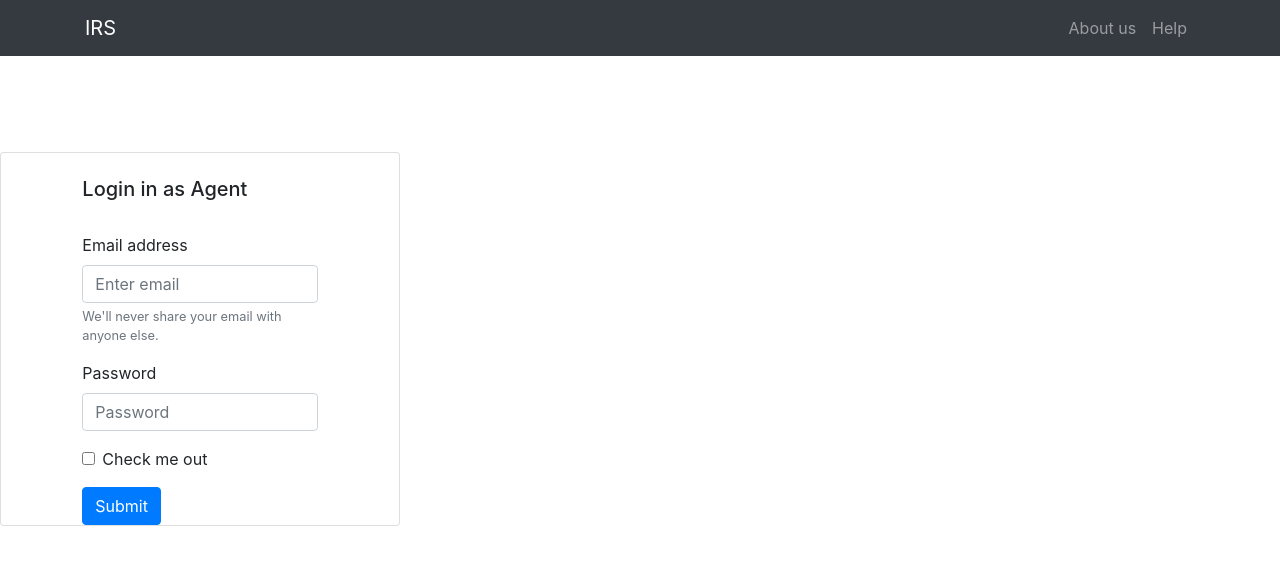
Repository: greeshmavyas/IRS_CS
Page: / (app in AgentManagement/Frontend/)
The author's editor kept a copy of each file at every save. The page is drawn from the files as they stood at one save, then again after the next save.
The browser window is 1280 px wide. The pictures show the whole page.
Some web libraries are served in a nearby version. The project was rebuilt for these pictures with package versions that can differ from the ones it lists, and the page was loaded fresh each time. Also part of the build but not shown: AgentManagement/Frontend/src/components/NavbarDash.js, AgentManagement/Frontend/src/components/Sidebar.js, AgentManagement/Frontend/src/components/Dashboard.js, AgentManagement/Frontend/src/components/Settings.js, AgentManagement/frontend/src/App.css.

Above is the page before, as saved 2020-10-26 16:27:59.

After the next save:
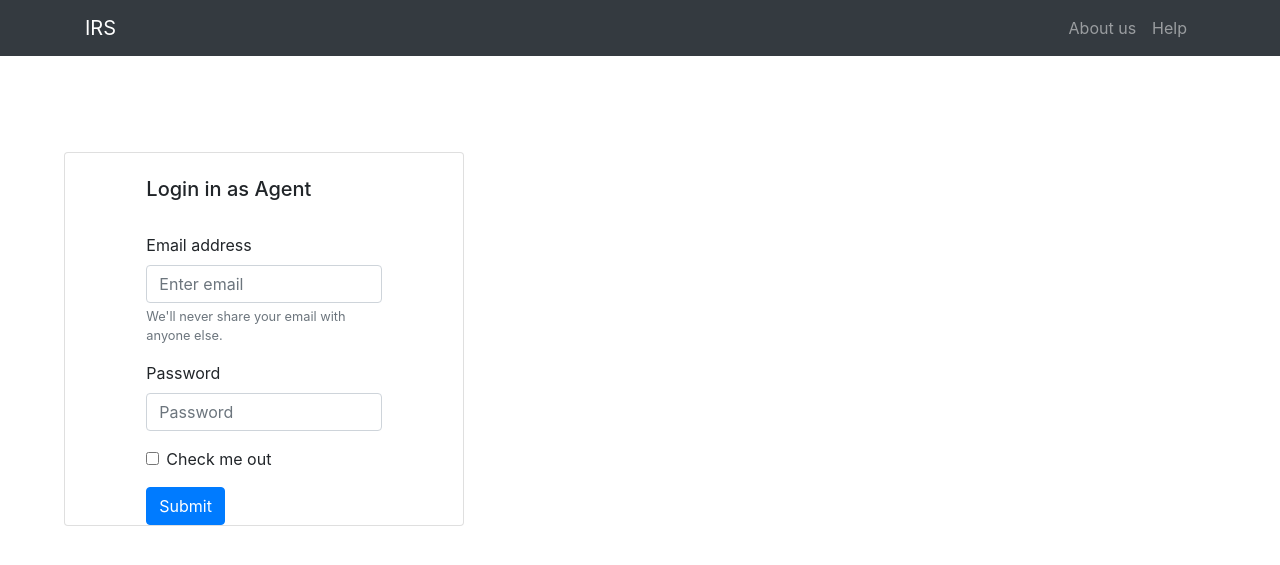
Saved 26 s later.
--- a/AgentManagement/Frontend/src/components/login.js
+++ b/AgentManagement/Frontend/src/components/login.js
@@ -29,7 +29,7 @@ class login extends Component {
         <br></br>
         <br></br>
         <br></br>
-          <Card style={{ width: '25rem', justifyContent:'center',display:'flex'  }}>
+          <Card style={{ width: '25rem', 'margin-left': '5%' }}>
             <div className="container">
               <div className="row">
                 <div className="col-md-8 m-auto">
